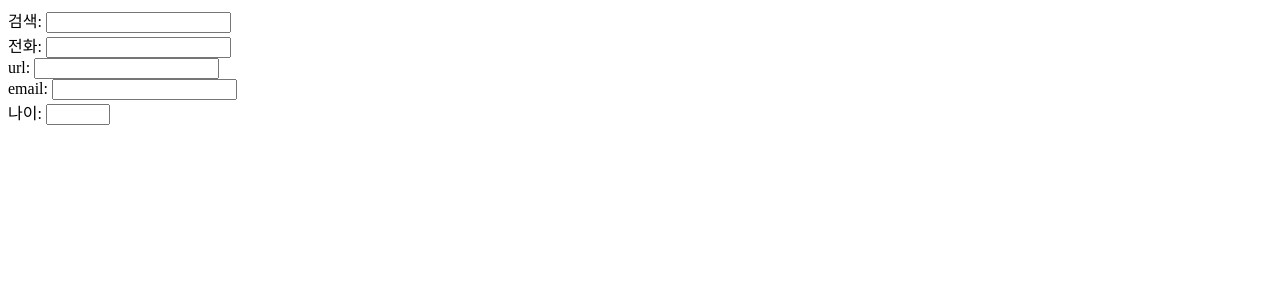
Repository: MegiLove/html_css
Page: day1130/src/main/webapp/enhancedTag.html
An editor plug-in stored every save of this project. The page is shown before and after the next save, followed by the edit.
The browser window is 1280 px wide. The pictures show the whole page.

Above is the page before, as saved 2021-11-30 06:32:05.

### day1130/src/main/webapp/enhancedTag.html
<!DOCTYPE html>
<html>
<head>
<meta charset="EUC-KR">
<title>Insert title here</title>
</head>
<body>
	<form action="enhancedTag.jsp" method="post">
		검색: <input type="search" name="keyword"><br>
		전화: <input type="tel" name="tel"><br>
		url: <input type="url" name="url"><br>
		email: <input type="email" name="email"><br>
		나이: <input type="number" name="age" min="1" max="100"><br>
	</form>
</body>
</html>

After the next save:
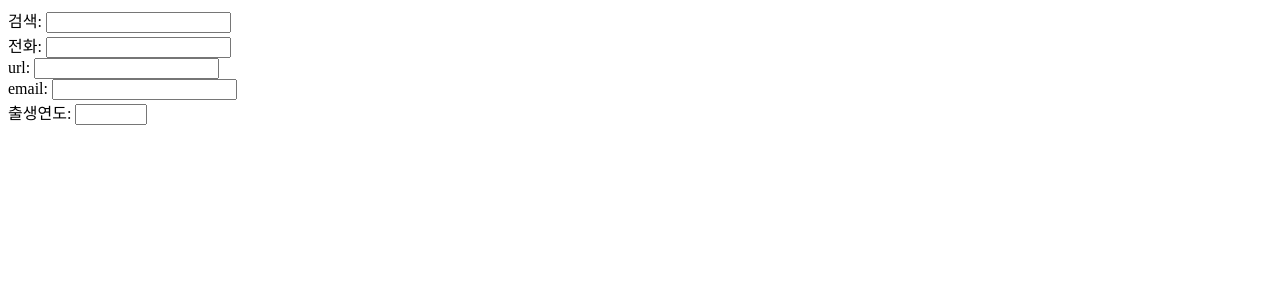
Saved 57 s later.
--- a/day1130/src/main/webapp/enhancedTag.html
+++ b/day1130/src/main/webapp/enhancedTag.html
@@ -10,7 +10,7 @@
 		전화: <input type="tel" name="tel"><br>
 		url: <input type="url" name="url"><br>
 		email: <input type="email" name="email"><br>
-		나이: <input type="number" name="age" min="1" max="100"><br>
+		출생연도: <input type="number" name="year" min="1900" max="2021"><br>
 	</form>
 </body>
 </html>
